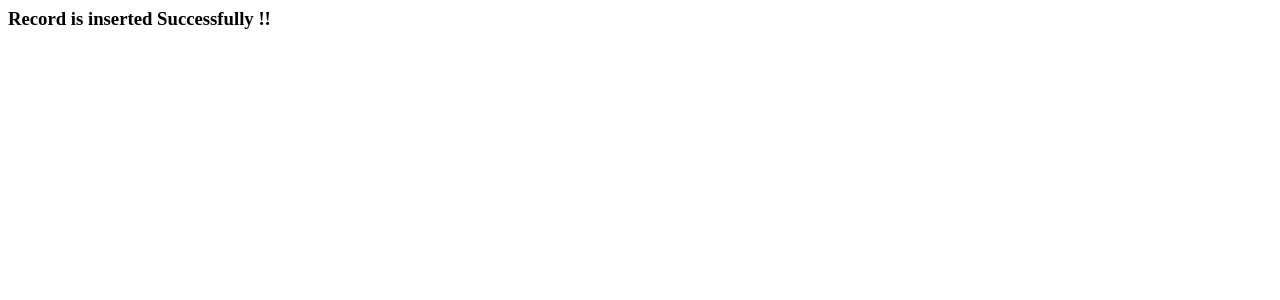
Repository: RushikeshChendake/Crud-Application
Page: http://localhost/Servlet_JSP-Crude/insert
The author's editor kept a copy of each file at every save. The page is drawn from the files as they stood at one save, then again after the next save.
The browser window is 1280 px wide. The pictures show the whole page.
The page is served by Tomcat 9.

Above is the page before, as saved 2022-12-26 05:39:01.

After the next save:
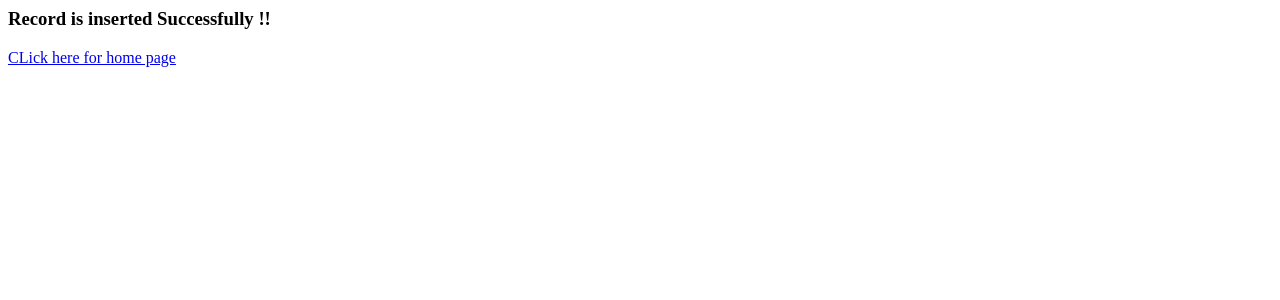
Saved 17 min 9 s later.
--- a/Servlet_JSP-Crude/src/com/Rushi/Insert.java
+++ b/Servlet_JSP-Crude/src/com/Rushi/Insert.java
@@ -34,7 +34,7 @@ public class Insert extends HttpServlet {
 
 		response.setContentType("text/html");
 		PrintWriter pw=  response.getWriter();
-		pw.print("<h3>Record is inserted Successfully !!</h3>");
+		pw.print("<h3>Record is inserted Successfully !!</h3> <a href='index.html'>CLick here for home page<a/>");
 
 	}
 
